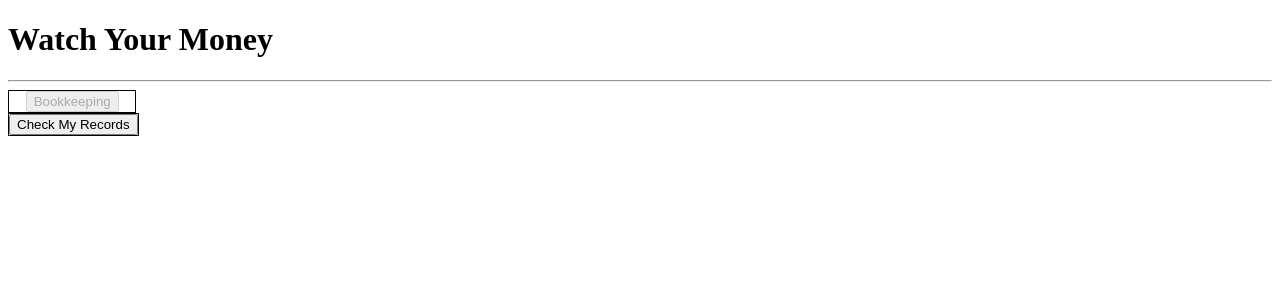
Repository: chelsea9869/Hackathon-TNT
Page: http://localhost/app/watch_your_money.php
An editor plug-in stored every save of this project. The page is shown before and after the next save, followed by the edit.
The browser window is 1280 px wide. The pictures show the whole page.
The page is run by PHP 8.4 with error messages shown; the project is at /var/www/html/.

Above is the page before, as saved 2020-09-05 10:57:45.

### app/watch_your_money.php
<!DOCTYPE html>
<html lang="en">
<head>
    <meta charset="UTF-8">
    <meta name="viewport" content="width=device-width, initial-scale=1.0">
    <title>Watch Your Money</title>
</head>
<body>
    <h1>Watch Your Money</h1>
    <hr>
    <div name='function' style="width:100%">
        <div id='bookkeeping' style="width:10%;text-align:center;border:1px solid">
            <button disabled="disabled">Bookkeeping</button>
        </div>
        <div id='check_records' style="display:inline-table;text-align:center;border:1px solid">
            <button>Check My Records</button>
        </div>
    </div>
</body>
</html>

After the next save:
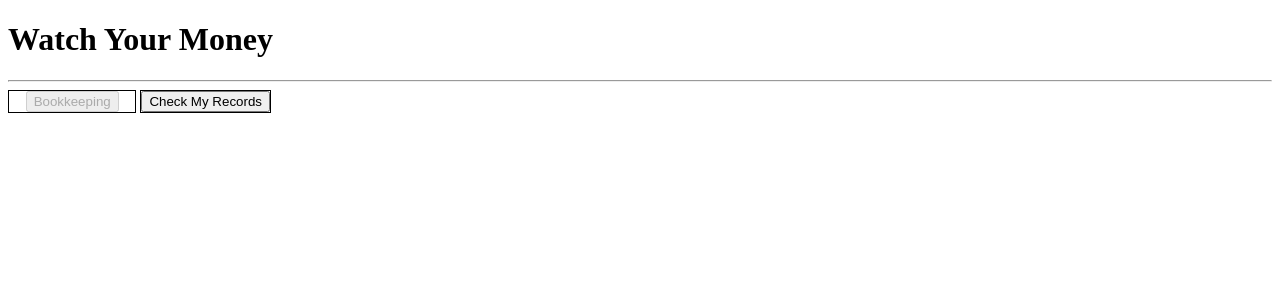
Saved 11 s later.
--- a/app/watch_your_money.php
+++ b/app/watch_your_money.php
@@ -9,7 +9,7 @@
     <h1>Watch Your Money</h1>
     <hr>
     <div name='function' style="width:100%">
-        <div id='bookkeeping' style="width:10%;text-align:center;border:1px solid">
+        <div id='bookkeeping' style="width:10%;text-align:center;display:inline-table;border:1px solid">
             <button disabled="disabled">Bookkeeping</button>
         </div>
         <div id='check_records' style="display:inline-table;text-align:center;border:1px solid">
